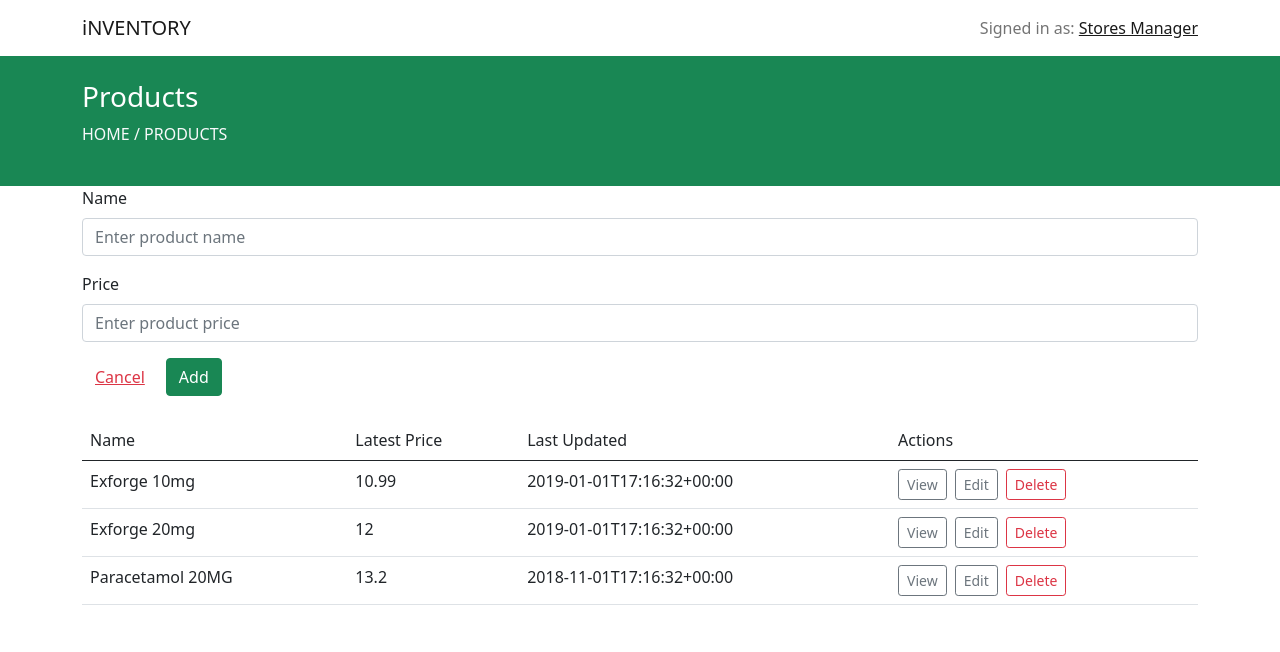
Repository: tHEO2k17/inventory-manager
Page: /
The author's editor kept a copy of each file at every save. The page is drawn from the files as they stood at one save, then again after the next save.
The browser window is 1280 px wide. The pictures show the whole page.
The project was rebuilt for these pictures with package versions that can differ from the ones it lists, and the page was loaded fresh each time.

Above is the page before, as saved 2021-08-31 09:19:20.

After the next save:
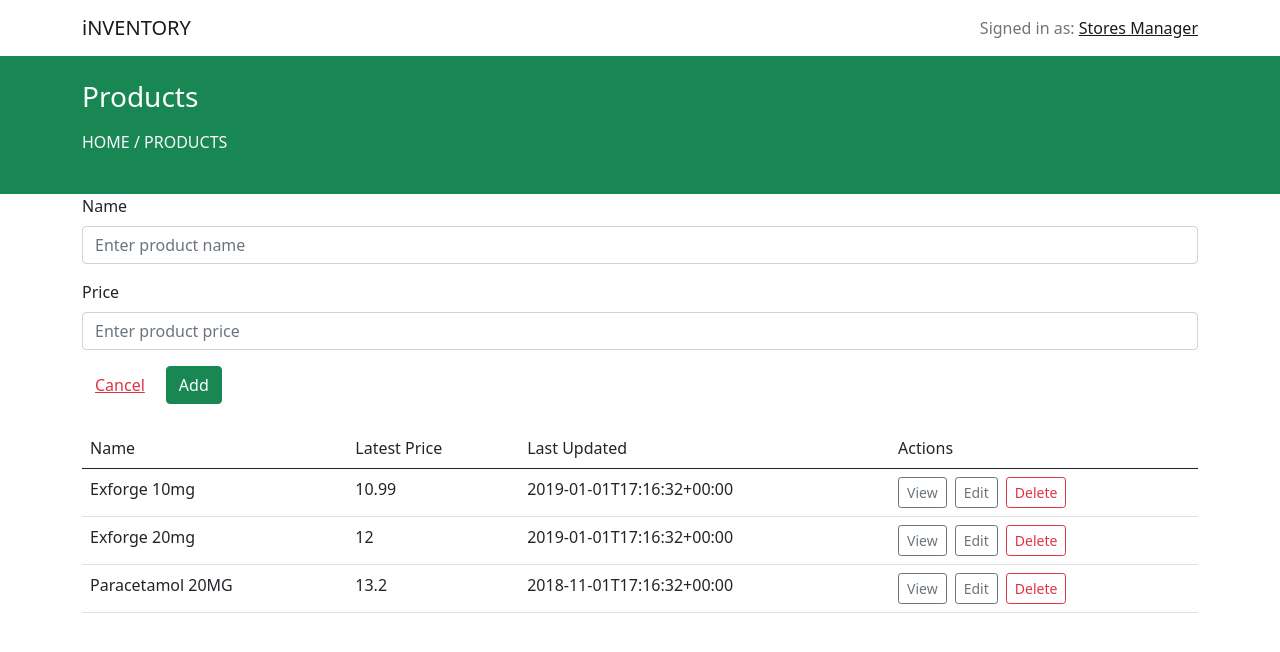
Saved 8 s later.
--- a/src/presentation/components/Banner.tsx
+++ b/src/presentation/components/Banner.tsx
@@ -5,7 +5,7 @@
        <section className="bg-success">
            <Container className="py-4 text-white">
                <h3>Products</h3>
-               <p className="text-light">HOME / PRODUCTS</p>
+               <p className="text-light mt-3">HOME / PRODUCTS</p>
 
            </Container>
        </section>

After the save that followed:
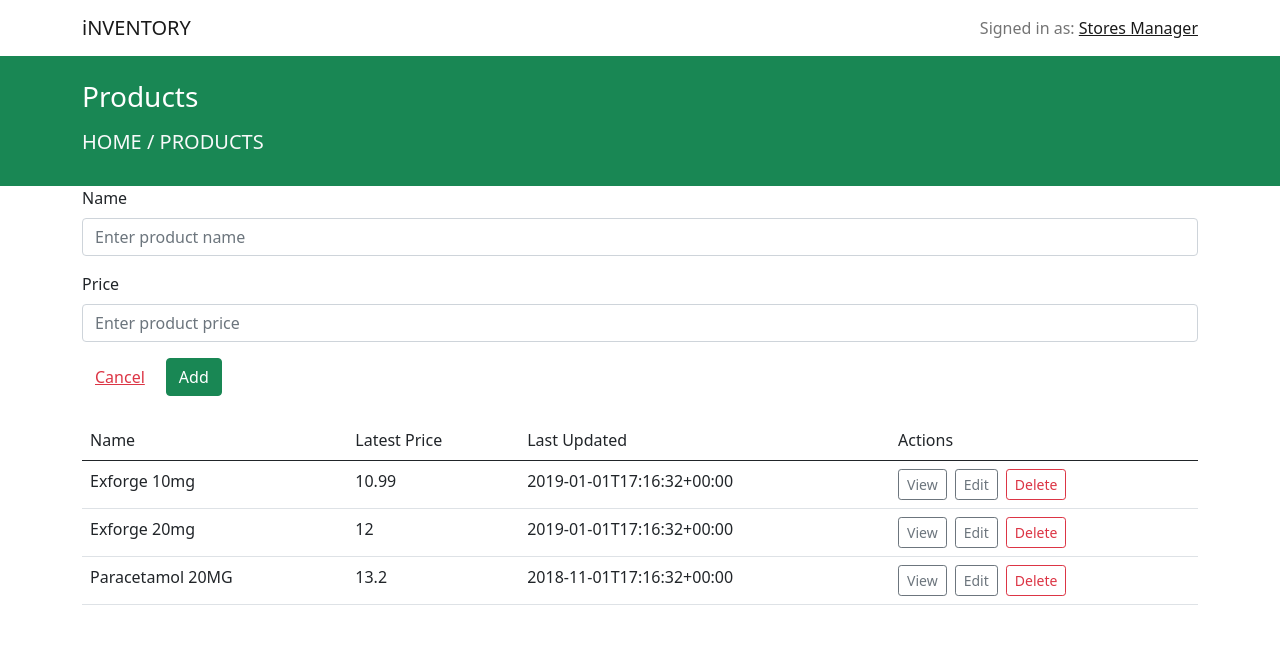
Saved 15 s later.
--- a/src/presentation/components/Banner.tsx
+++ b/src/presentation/components/Banner.tsx
@@ -5,7 +5,7 @@
        <section className="bg-success">
            <Container className="py-4 text-white">
                <h3>Products</h3>
-               <p className="text-light mt-3">HOME / PRODUCTS</p>
+               <h5 className="text-light mt-3">HOME / PRODUCTS</h5>
 
            </Container>
        </section>
